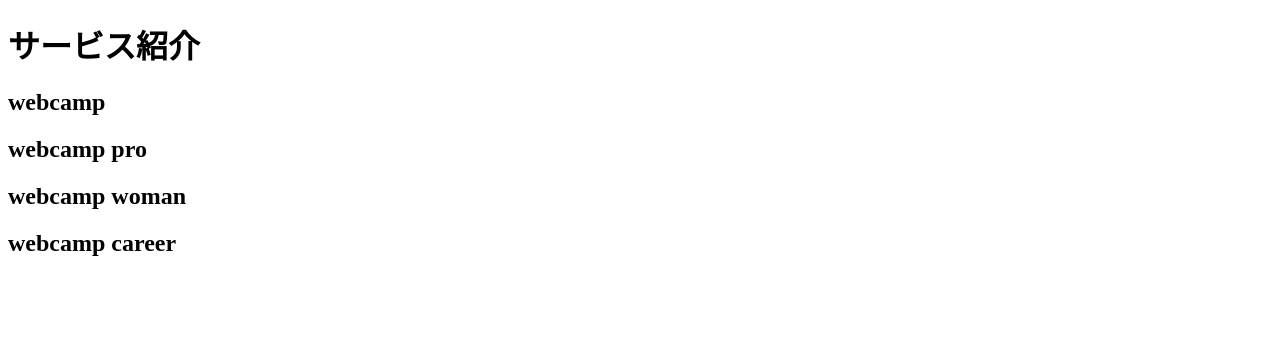
Repository: alamsamiha/html_css
Page: chapter2_exercise/ch2.html
The author's editor kept a record of every edit. The page is drawn from the files as they stood at one moment, then again after the next edit.
The browser window is 1280 px wide. The pictures show the whole page.

Above is the page before.

After the next edit:
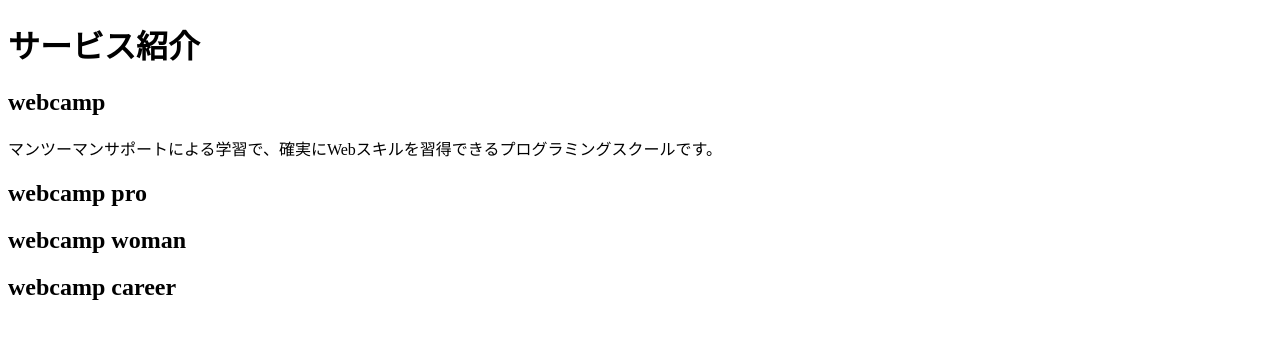
The edit:
--- a/chapter2_exercise/ch2.html
+++ b/chapter2_exercise/ch2.html
@@ -8,7 +8,7 @@
   <body>
     <h1>サービス紹介</h1>
     <h2>webcamp</h2>
-    <p></p>
+    <p>マンツーマンサポートによる学習で、確実にWebスキルを習得できるプログラミングスクールです。</p>
     <a></a>
     <h2>webcamp pro</h2>
     <p></p>
